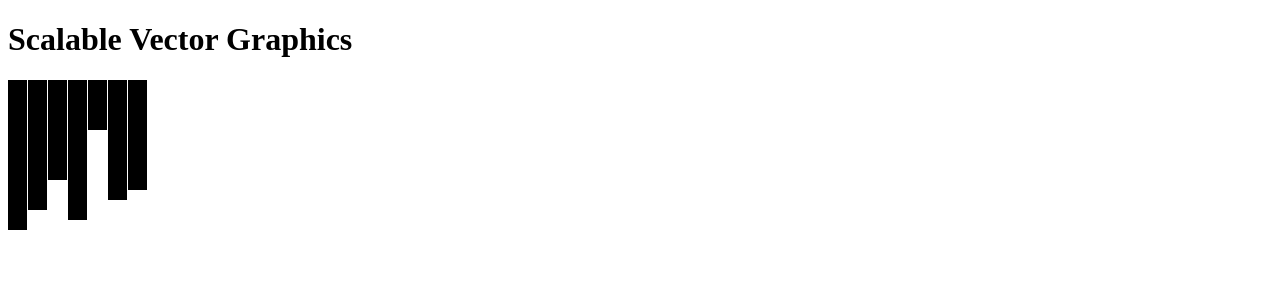
Repository: david-connaughton/data-visualisation
Page: svg.html
The author's editor kept a record of every edit. The page is drawn from the files as they stood at one moment, then again after the next edit.
The browser window is 1280 px wide. The pictures show the whole page.

Above is the page before.

### svg.html
<!DOCTYPE html>
<html lang="en">
<head>
    <meta charset="UTF-8">
    <meta name="viewport" content="width=device-width, initial-scale=1.0">
    <meta http-equiv="X-UA-Compatible" content="ie=edge">
    <title>Document</title>
</head>
<body>
    <h1>Scalable Vector Graphics</h1>
    <svg>
        <!--<rect x='0' y='0' width='100' height='50' fill='blue'/>-->
       <!-- <circle cx='100' cy='25' r='20' fill='pink'/>-->
       <!--<polygon points='0,0 100,0 200,100 250,50 300,300 0,300' fill='red'/>-->
       <rect x='0' y='' width='19' height='150' fill=''/>
       <!--<rect x='20' y='' width='19' height='150' fill=''/>
       <rect x='40' y='' width='19' height='150' fill=''/>
       <rect x='60' y='' width='19' height='150' fill=''/>
       <rect x='80' y='' width='19' height='150' fill=''/>
       <rect x='100' y='' width='19' height='150' fill=''/>
       <rect x='120' y='' width='19' height='150' fill=''/>-->


       <rect x='0' y='' width='19' height='150' fill=''/>
       <rect x='20' y='' width='19' height='130' fill=''/>
       <rect x='40' y='' width='19' height='100' fill=''/>
       <rect x='60' y='' width='19' height='140' fill=''/>
       <rect x='80' y='' width='19' height='50' fill=''/>
       <rect x='100' y='' width='19' height='120' fill=''/>
       <rect x='120' y='' width='19' height='110' fill=''/>
    </svg>

</body>
</html>

After the next edit:
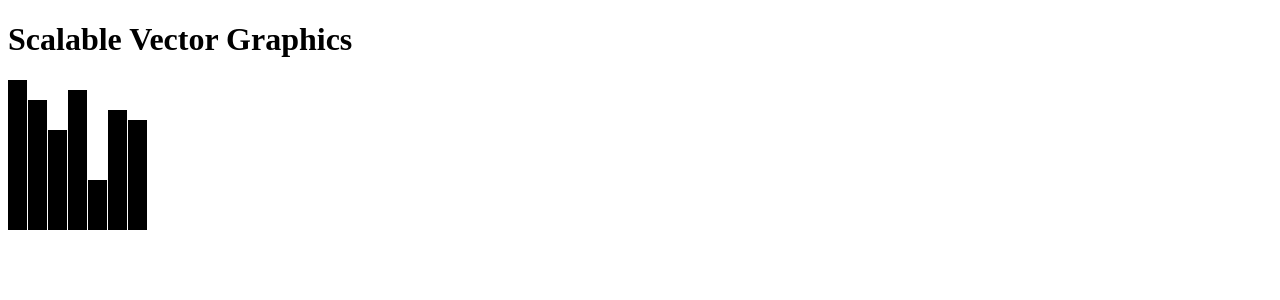
The edit:
--- a/svg.html
+++ b/svg.html
@@ -21,13 +21,13 @@
        <rect x='120' y='' width='19' height='150' fill=''/>-->
 
 
-       <rect x='0' y='' width='19' height='150' fill=''/>
-       <rect x='20' y='' width='19' height='130' fill=''/>
-       <rect x='40' y='' width='19' height='100' fill=''/>
-       <rect x='60' y='' width='19' height='140' fill=''/>
-       <rect x='80' y='' width='19' height='50' fill=''/>
-       <rect x='100' y='' width='19' height='120' fill=''/>
-       <rect x='120' y='' width='19' height='110' fill=''/>
+       <rect x='0' y='0' width='19' height='150' fill=''/>
+       <rect x='20' y='20' width='19' height='130' fill=''/>
+       <rect x='40' y='50' width='19' height='100' fill=''/>
+       <rect x='60' y='10' width='19' height='140' fill=''/>
+       <rect x='80' y='100' width='19' height='50' fill=''/>
+       <rect x='100' y='30' width='19' height='120' fill=''/>
+       <rect x='120' y='40' width='19' height='110' fill=''/>
     </svg>
 
 </body>
